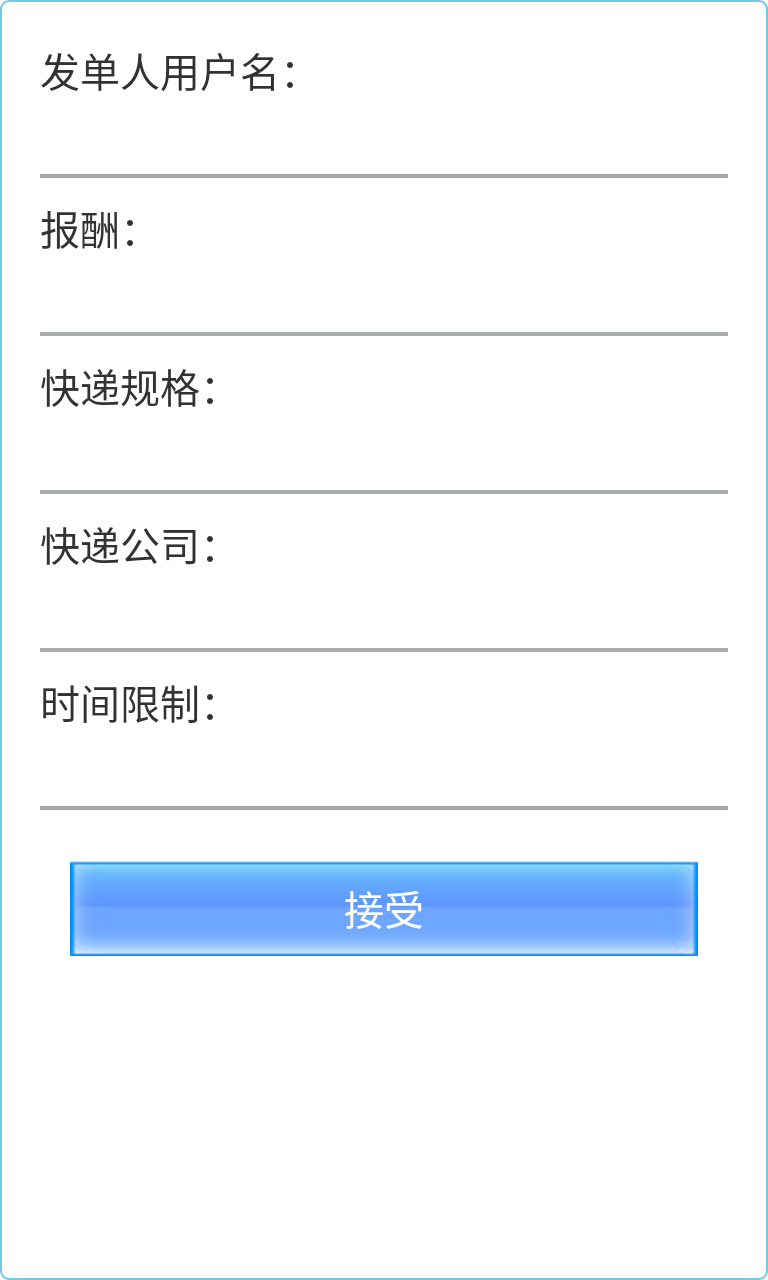
Repository: fariashen/campus-express
Layout: easyCourier/res/layout/activity_requestdetail.xml
The author's editor kept a copy of each file at every save. The layout is drawn from the files as they stood at one save, then again after the next save.
It is drawn on a 768 x 1280 px phone screen (xhdpi) without system bars, with theme AppTheme; the app's code is not run.

Above is the layout before, as saved 2016-04-25 07:58:25.

After the next save:
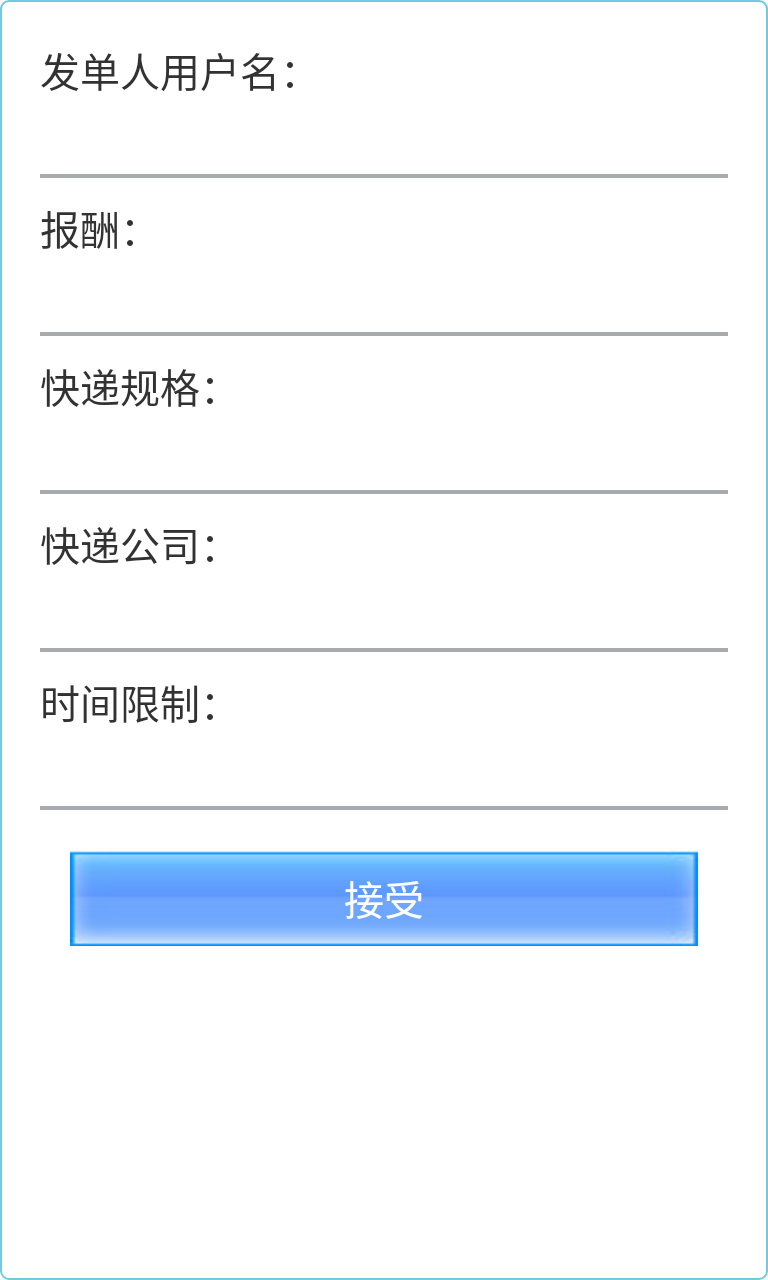
Saved 48 s later.
--- a/easyCourier/res/layout/activity_requestdetail.xml
+++ b/easyCourier/res/layout/activity_requestdetail.xml
@@ -99,10 +99,9 @@
                 android:layout_height="wrap_content"
                 android:layout_alignParentBottom="true"
                 android:layout_gravity="bottom"
-                android:layout_marginBottom="38dp"
                 android:layout_marginLeft="15.0dip"
                 android:layout_marginRight="15.0dip"
-                android:layout_marginTop="15dp"
+                android:layout_marginTop="10dp"
                 android:background="@drawable/anniu"
                 android:gravity="center"
                 android:text="接受"
